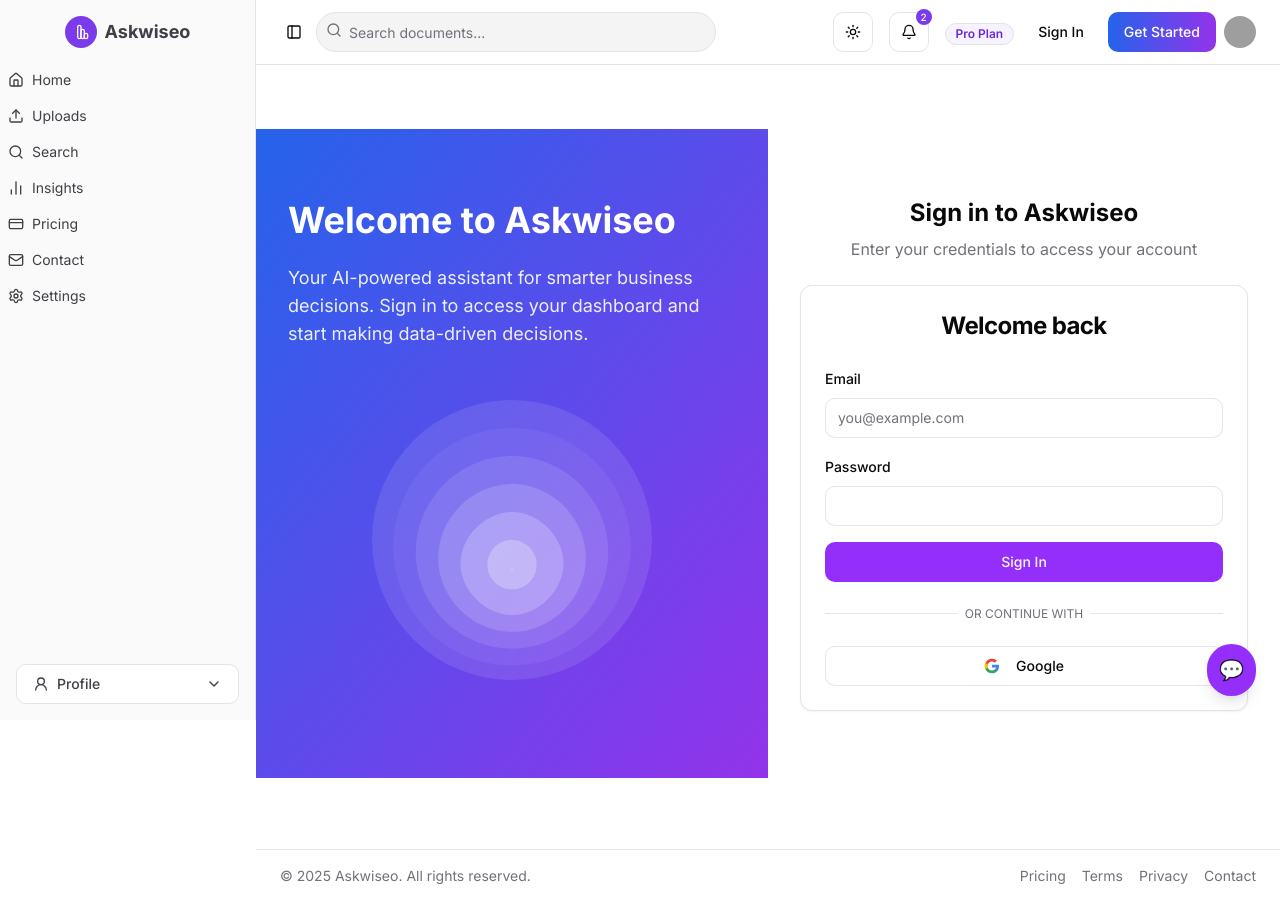
Repository: Arunkumar158/Askwiseo
Page: /auth/signin
The author's editor kept a copy of each file at every save. The page is drawn from the files as they stood at one save, then again after the next save.
The browser window is 1280 px wide. The pictures show the whole page.
Pictures or frames that could not be fetched are drawn as grey boxes. The project was rebuilt for these pictures with package versions that can differ from the ones it lists, and the page was loaded fresh each time. The framework's server and built-in components were replaced by stand-ins that run in the browser. Also part of the build but not shown: next.config.mjs, components/ui/separator.tsx, components/ui/skeleton.tsx.

Above is the page before, as saved 2025-04-29 17:49:32.

After the next save:
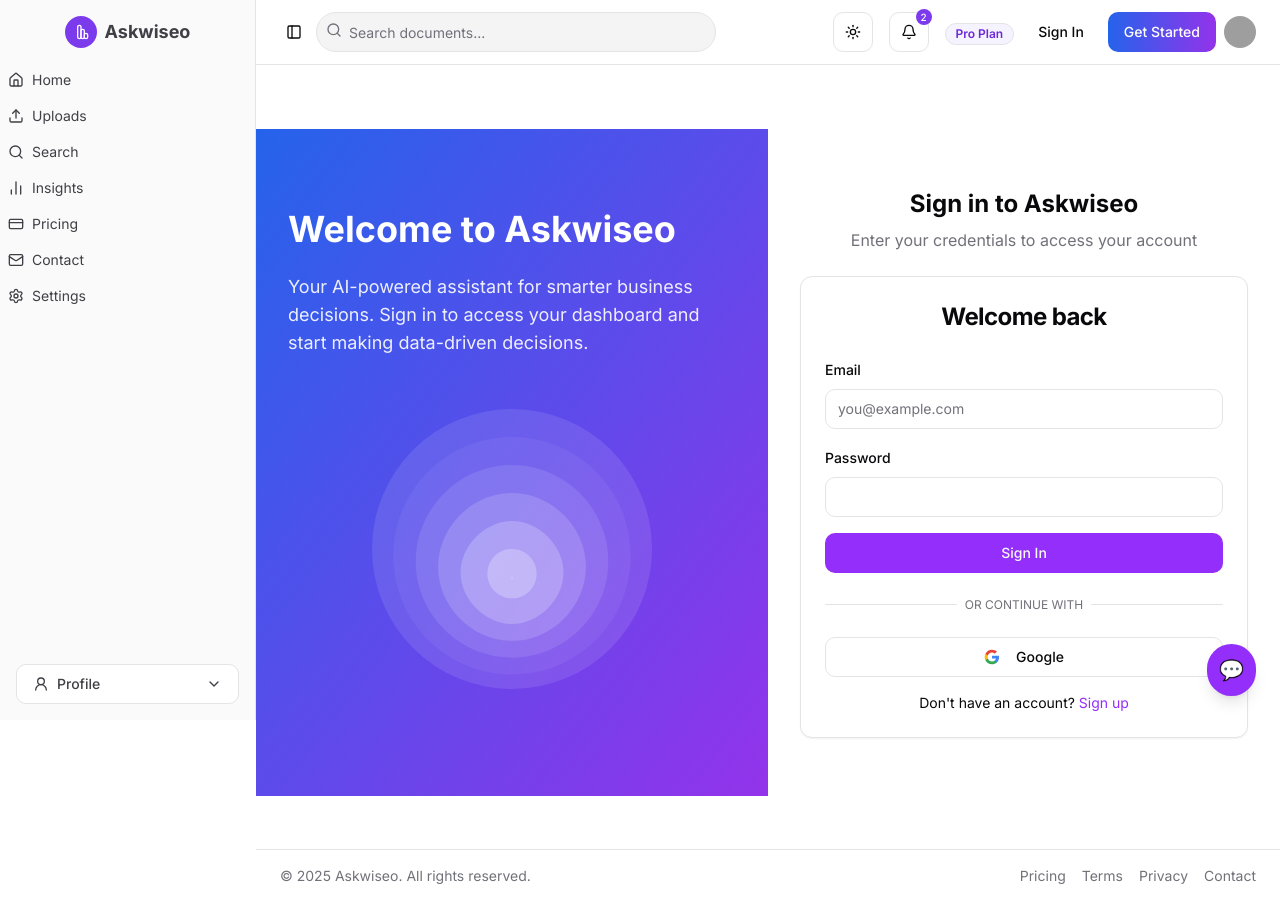
Saved 3 min 6 s later.
--- a/components/auth/AuthForm.tsx
+++ b/components/auth/AuthForm.tsx
@@ -193,6 +193,29 @@
           </svg>
           Google
         </Button>
+        <div className="mt-4 text-center text-sm">
+          {mode === 'signin' ? (
+            <p>
+              Don't have an account?{' '}
+              <a
+                href="/auth/signup"
+                className="text-primary hover:underline"
+              >
+                Sign up
+              </a>
+            </p>
+          ) : (
+            <p>
+              Already have an account?{' '}
+              <a
+                href="/auth/signin"
+                className="text-primary hover:underline"
+              >
+                Sign in
+              </a>
+            </p>
+          )}
+        </div>
       </CardContent>
     </Card>
   );
